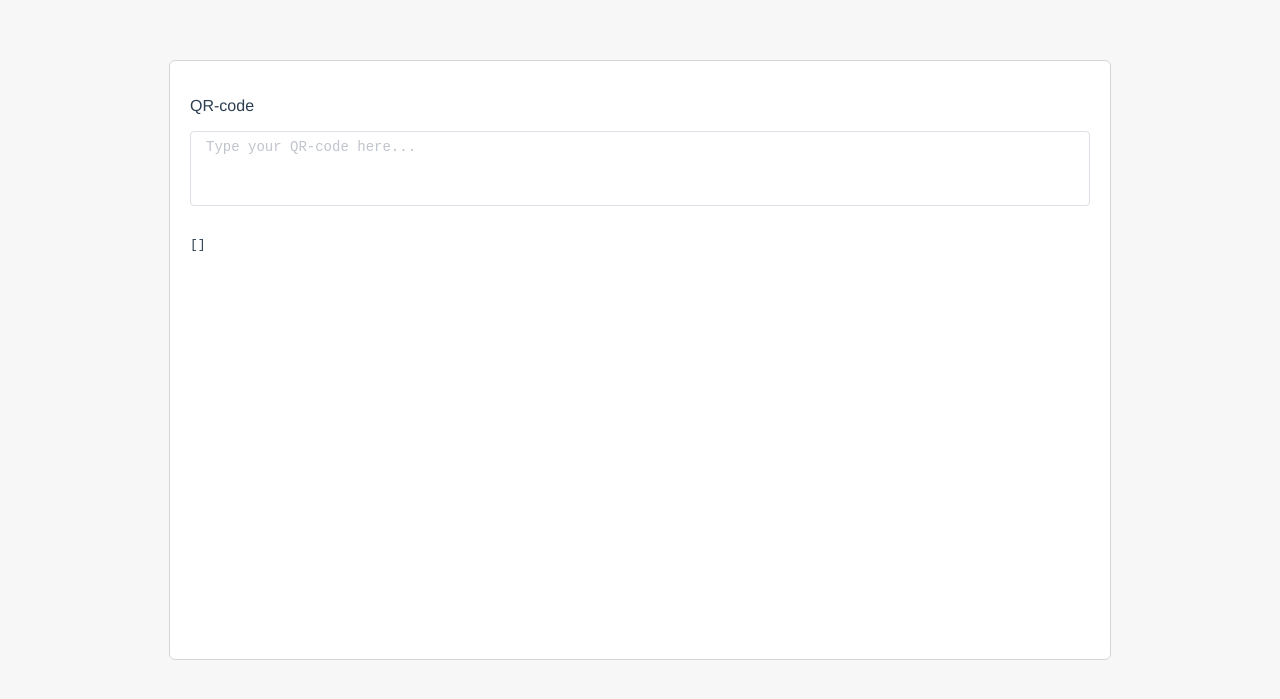
Repository: dvasyliev/qrcode_parser
Page: /
These files come from the project's save history. The page is drawn as it stood at one moment and after the next save; the edit follows.
The browser window is 1280 px wide. The pictures show the whole page.
The project was rebuilt for these pictures with package versions that can differ from the ones it lists, and the page was loaded fresh each time.

Above is the page before, as saved 2018-08-26 16:53:35.

After the next save:
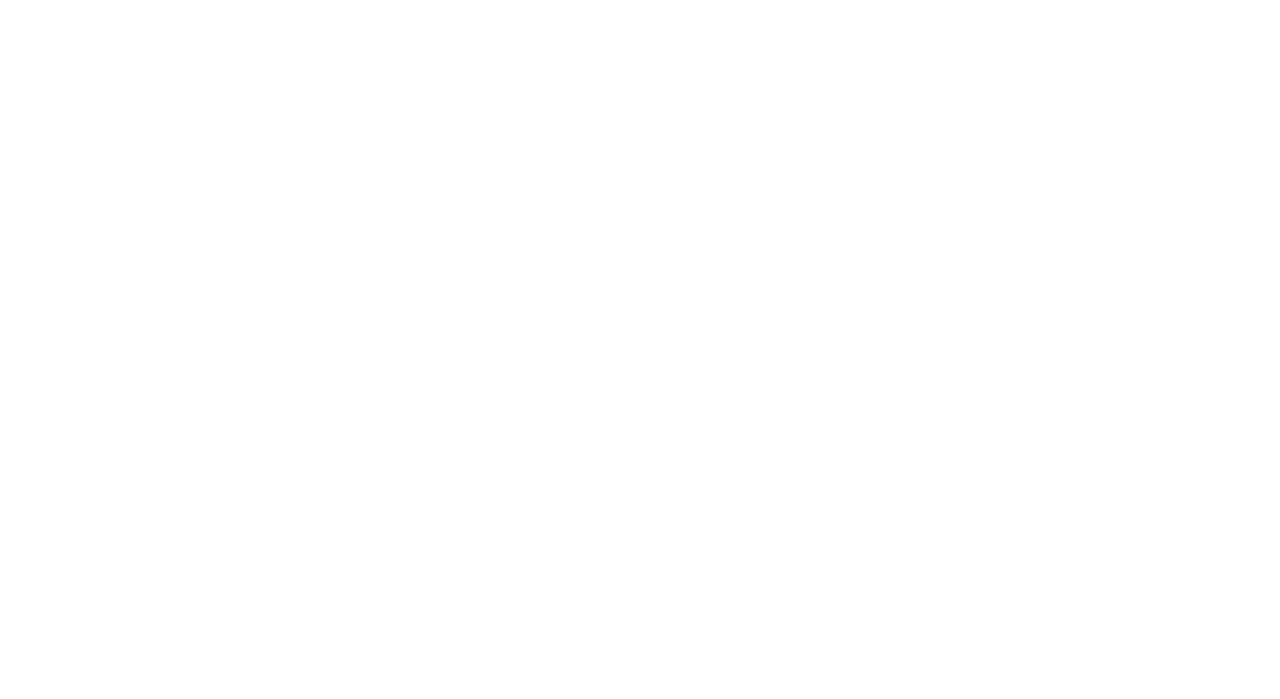
Saved 20 s later.
--- a/src/App.vue
+++ b/src/App.vue
@@ -20,7 +20,7 @@
 </template>
 
 <script>
-import { parse } from '@/utils/qrcode'
+import { parse, transform } from '@/utils/qrcode'
 
 export default {
   name: 'App',
@@ -33,7 +33,7 @@ export default {
 
   computed: {
     qrcodeParsed() {
-      return parse(this.qrcode)
+      return transform(parse(this.qrcode))
     }
   }
 }

After the save that followed:
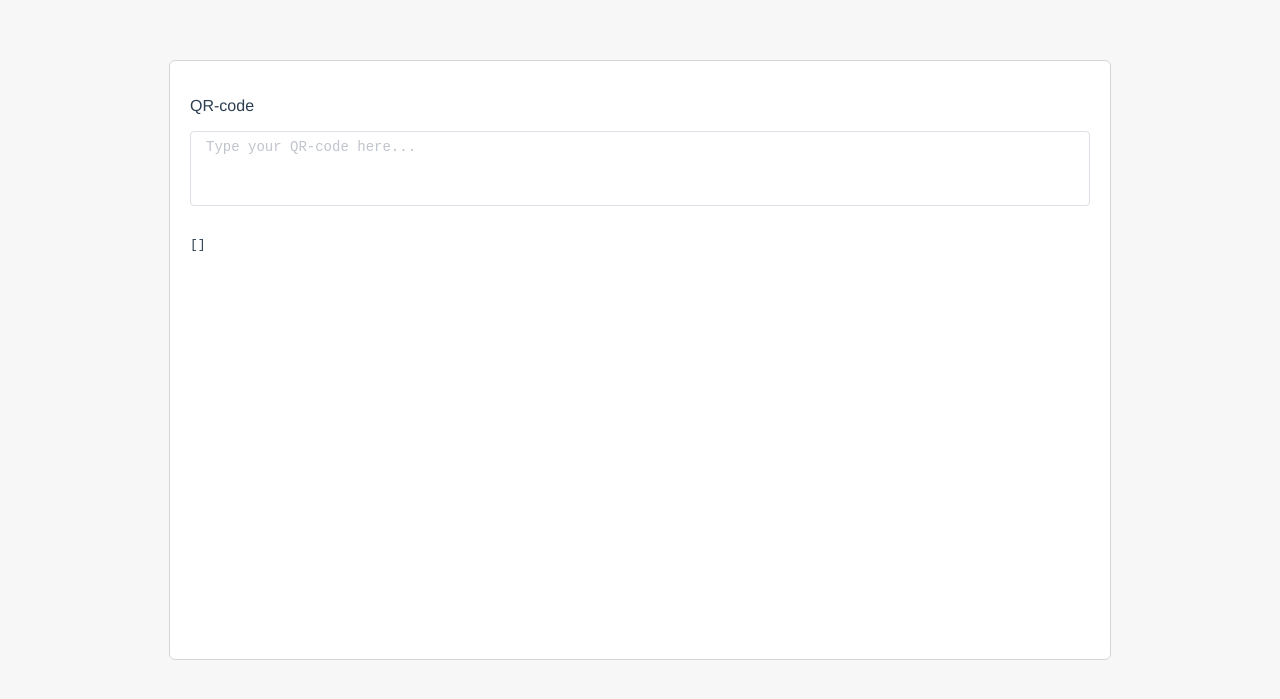
Saved 69 s later.
--- a/src/utils/qrcode.js
+++ b/src/utils/qrcode.js
@@ -51,7 +51,7 @@ const transformBlob = (object) => {
 }
 
 const transform = (array) => {
-  let blob = transformBlob(array[0])
+  let blob = transformBlob(array[0] || {})
 
   if (!blob) {
     return []
